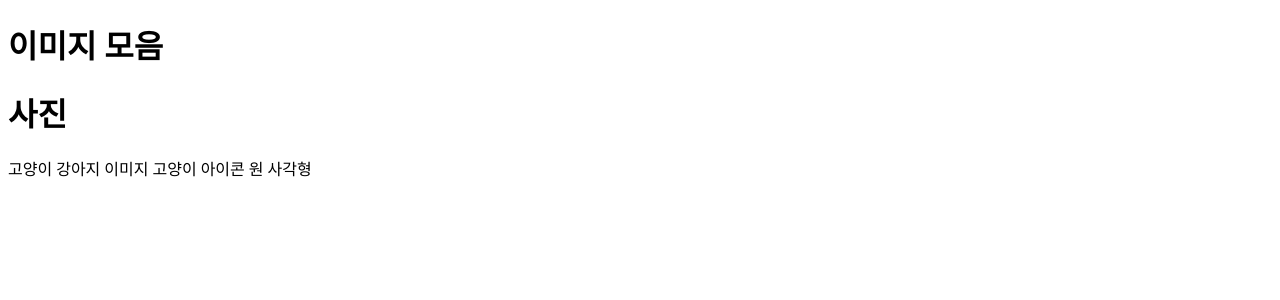
Repository: Hjubong/front-end
Page: ClientTest/src/main/webapp/html/Q008.html
These files come from the project's save history. The page is drawn as it stood at one moment and after the next save; the edit follows.
The browser window is 1280 px wide. The pictures show the whole page.

Above is the page before, as saved 2023-09-22 00:09:27.

### ClientTest/src/main/webapp/html/Q008.html
<!DOCTYPE html>
<html>
<head>
<meta charset="UTF-8">
<title>Insert title here</title>
</head>
<body>
	<h1>이미지 모음</h1>
<h1 id="title">사진</h1>
고양이
강아지
이미지
고양이
아이콘
원
사각형
</body>
</html>

After the next save:
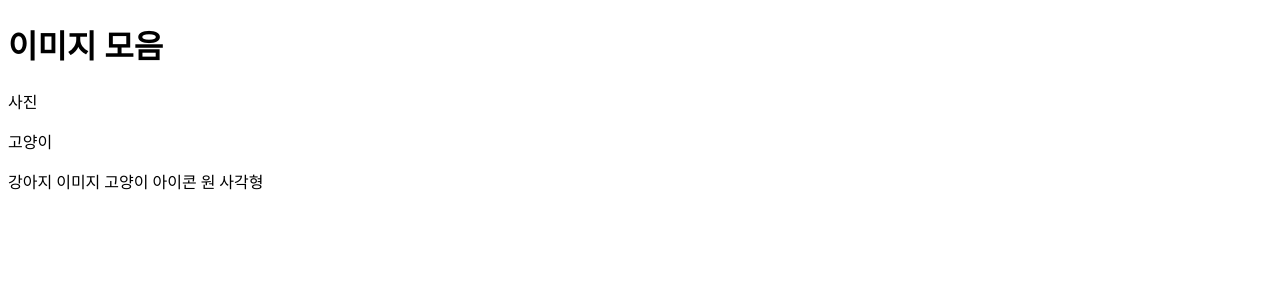
Saved 49 s later.
--- a/ClientTest/src/main/webapp/html/Q008.html
+++ b/ClientTest/src/main/webapp/html/Q008.html
@@ -6,8 +6,8 @@
 </head>
 <body>
 	<h1>이미지 모음</h1>
-<h1 id="title">사진</h1>
-고양이
+사진
+<p id="title">고양이</p>
 강아지
 이미지
 고양이
